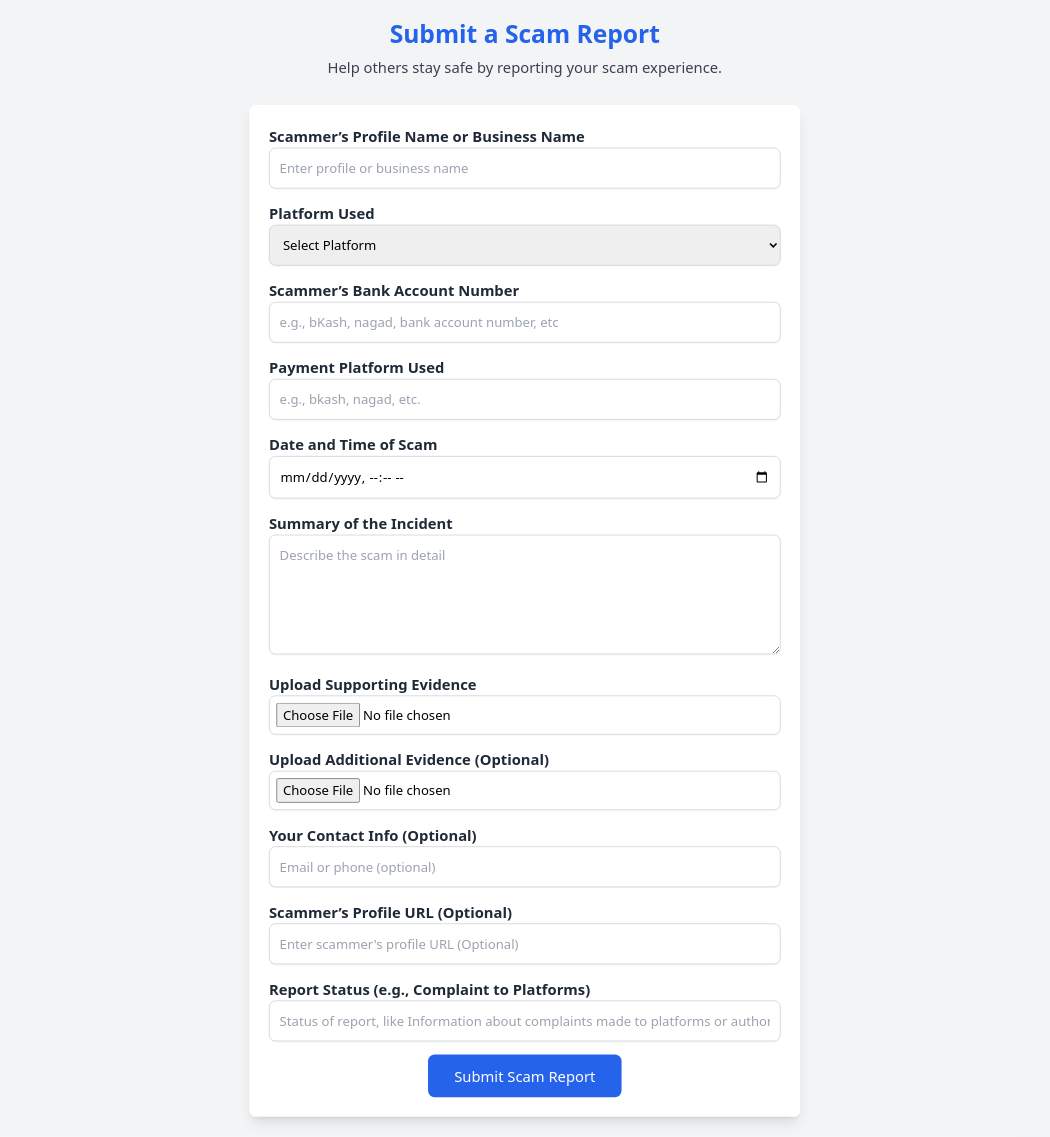
Repository: dev-athar/protarok
Page: /submit-scam
The author's editor kept a copy of each file at every save. The page is drawn from the files as they stood at one save, then again after the next save.
The browser window is 1280 px wide. The pictures show the whole page, at 82% of full size.
The project was rebuilt for these pictures with package versions that can differ from the ones it lists, and the page was loaded fresh each time. Also part of the build but not shown: vite.config.ts, src/pages/HomePage.tsx, src/pages/SearchResultsPage.tsx.

Above is the page before, as saved 2024-12-29 15:17:57.

### src/main.tsx
import { StrictMode } from "react";
import { createRoot } from "react-dom/client";
import "./index.css";
// import "./styles.css";
import App from "./App.tsx";

createRoot(document.getElementById("root")!).render(
  <StrictMode>
    <App />
  </StrictMode>
);

### src/App.tsx
// src/App.js
import { BrowserRouter as Router, Routes, Route } from "react-router-dom";
import HomePage from "./pages/HomePage";
import SearchResultsPage from "./pages/SearchResultsPage";
import SubmitScamPage from "./pages/SubmitScamPage";

function App() {
  return (
    <Router>
      <Routes>
        <Route path="/" element={<HomePage />} />
        <Route path="/search" element={<SearchResultsPage />} />
        <Route path="/submit-scam" element={<SubmitScamPage />} />
      </Routes>
    </Router>
  );
}

export default App;

### src/pages/SubmitScamPage.tsx
// src/pages/SubmitScamPage.js
import { useState } from "react";

const SubmitScamPage = () => {
  const [formData, setFormData] = useState({
    scamProfileName: "",
    platform: "",
    scamContactInfo: "",
    dateOfScam: "",
    description: "",
    proof: null,
    paymentMethod: "",
    additionalEvidence: null,
    victimContactInfo: "",
  });
  const [isSubmitted, setIsSubmitted] = useState(false);

  const handleChange = (e) => {
    const { name, value } = e.target;
    setFormData((prev) => ({
      ...prev,
      [name]: value,
    }));
  };

  const handleFileChange = (e) => {
    const { name, files } = e.target;
    setFormData((prev) => ({
      ...prev,
      [name]: files[0],
    }));
  };

  const handleSubmit = (e) => {
    e.preventDefault();
    // Mock submission logic; replace with your Firebase or backend logic
    console.log("Form Submitted", formData);

    // Reset form and show confirmation message
    setFormData({
      scamProfileName: "",
      platform: "",
      scamContactInfo: "",
      dateOfScam: "",
      description: "",
      proof: null,
      paymentMethod: "",
      additionalEvidence: null,
      victimContactInfo: "",
    });
    setIsSubmitted(true);

    // Hide confirmation message after a timeout
    setTimeout(() => setIsSubmitted(false), 5000);
  };

  return (
    <div className="min-h-screen bg-gray-100 p-6">
      <header className="text-center mb-8">
        <h1 className="text-3xl font-bold text-blue-600">
          Submit a Scam Report
        </h1>
        <p className="text-lg text-gray-700 mt-2">
          Help others stay safe by reporting your scam experience.
        </p>
      </header>

      <div className="max-w-2xl mx-auto bg-white p-6 rounded-lg shadow-lg">
        {isSubmitted && (
          <div className="mb-4 p-4 text-green-700 bg-green-100 rounded-lg">
            Thank you! Your report has been submitted and is pending admin
            approval.
          </div>
        )}

        <form onSubmit={handleSubmit}>
          {/* Scam Profile Name */}
          <div className="mb-4">
            <label
              htmlFor="scamProfileName"
              className="block text-lg font-semibold text-gray-800"
            >
              Scammer’s Profile Name or Business Name
            </label>
            <input
              type="text"
              id="scamProfileName"
              name="scamProfileName"
              value={formData.scamProfileName}
              onChange={handleChange}
              className="w-full p-3 border border-gray-300 rounded-lg shadow-sm focus:outline-none focus:ring-2 focus:ring-blue-500"
              placeholder="Enter profile or business name"
              required
            />
          </div>

          {/* Platform Used */}
          <div className="mb-4">
            <label
              htmlFor="platform"
              className="block text-lg font-semibold text-gray-800"
            >
              Platform Used
            </label>
            <select
              id="platform"
              name="platform"
              value={formData.platform}
              onChange={handleChange}
              className="w-full p-3 border border-gray-300 rounded-lg shadow-sm focus:outline-none focus:ring-2 focus:ring-blue-500"
              required
            >
              <option value="">Select Platform</option>
              <option value="Facebook">Facebook</option>
              <option value="Website">Website</option>
              <option value="Phone">Phone</option>
              <option value="Other">Other</option>
            </select>
          </div>

          {/* Scammer’s Bank Account Number */}
          <div className="mb-4">
            <label
              htmlFor="scamBankAccountNumber"
              className="block text-lg font-semibold text-gray-800"
            >
              Scammer’s Bank Account Number
            </label>
            <input
              type="text"
              id="scamBankAccountNumber"
              name="scamBankAccountNumber"
              value={formData.scamBankAccountNumber}
              onChange={handleChange}
              className="w-full p-3 border border-gray-300 rounded-lg shadow-sm focus:outline-none focus:ring-2 focus:ring-blue-500"
              placeholder="e.g., bKash, nagad, bank account number, etc"
              required
            />
          </div>

          {/* Payment Platform */}
          <div className="mb-4">
            <label
              htmlFor="paymentPlatform"
              className="block text-lg font-semibold text-gray-800"
            >
              Payment Platform Used
            </label>
            <input
              type="text"
              id="paymentPlatform"
              name="paymentPlatform"
              value={formData.paymentPlatform}
              onChange={handleChange}
              className="w-full p-3 border border-gray-300 rounded-lg shadow-sm focus:outline-none focus:ring-2 focus:ring-blue-500"
              placeholder="e.g., bkash, nagad, etc."
            />
          </div>

          {/* Date and Time of Scam */}
          <div className="mb-4">
            <label
              htmlFor="dateOfScam"
              className="block text-lg font-semibold text-gray-800"
            >
              Date and Time of Scam
            </label>
            <input
              type="datetime-local"
              id="dateOfScam"
              name="dateOfScam"
              value={formData.dateOfScam}
              onChange={handleChange}
              className="w-full p-3 border border-gray-300 rounded-lg shadow-sm focus:outline-none focus:ring-2 focus:ring-blue-500"
              required
            />
          </div>

          {/* Description */}
          <div className="mb-4">
            <label
              htmlFor="description"
              className="block text-lg font-semibold text-gray-800"
            >
              Summary of the Incident
            </label>
            <textarea
              id="description"
              name="description"
              value={formData.description}
              onChange={handleChange}
              className="w-full p-3 border border-gray-300 rounded-lg shadow-sm focus:outline-none focus:ring-2 focus:ring-blue-500"
              rows="5"
              placeholder="Describe the scam in detail"
              required
            ></textarea>
          </div>

          {/* Supporting Evidence */}
          <div className="mb-4">
            <label
              htmlFor="proof"
              className="block text-lg font-semibold text-gray-800"
            >
              Upload Supporting Evidence
            </label>
            <input
              type="file"
              id="proof"
              name="proof"
              accept="image/*,.pdf"
              onChange={handleFileChange}
              className="w-full p-2 border border-gray-300 rounded-lg shadow-sm focus:outline-none focus:ring-2 focus:ring-blue-500"
              required
            />
          </div>

          {/* Additional Evidence */}
          <div className="mb-4">
            <label
              htmlFor="additionalEvidence"
              className="block text-lg font-semibold text-gray-800"
            >
              Upload Additional Evidence (Optional)
            </label>
            <input
              type="file"
              id="additionalEvidence"
              name="additionalEvidence"
              accept="image/*,.pdf"
              onChange={handleFileChange}
              className="w-full p-2 border border-gray-300 rounded-lg shadow-sm focus:outline-none focus:ring-2 focus:ring-blue-500"
            />
          </div>

          {/* Victim Contact Info */}
          <div className="mb-4">
            <label
              htmlFor="victimContactInfo"
              className="block text-lg font-semibold text-gray-800"
            >
              Your Contact Info (Optional)
            </label>
            <input
              type="text"
              id="victimContactInfo"
              name="victimContactInfo"
              value={formData.victimContactInfo}
              onChange={handleChange}
              className="w-full p-3 border border-gray-300 rounded-lg shadow-sm focus:outline-none focus:ring-2 focus:ring-blue-500"
              placeholder="Email or phone (optional)"
            />
          </div>

          {/* Scammer Profile URL */}
          <div className="mb-4">
            <label
              htmlFor="scamProfileUrl"
              className="block text-lg font-semibold text-gray-800"
            >
              Scammer’s Profile URL (Optional)
            </label>
            <input
              type="url"
              id="scamProfileUrl"
              name="scamProfileUrl"
              value={formData.scamProfileUrl}
              onChange={handleChange}
              className="w-full p-3 border border-gray-300 rounded-lg shadow-sm focus:outline-none focus:ring-2 focus:ring-blue-500"
              placeholder="Enter scammer's profile URL (Optional)"
            />
          </div>

          {/* Report Status */}
          <div className="mb-4">
            <label
              htmlFor="reportStatus"
              className="block text-lg font-semibold text-gray-800"
            >
              Report Status (e.g., Complaint to Platforms)
            </label>
            <input
              type="text"
              id="reportStatus"
              name="reportStatus"
              value={formData.reportStatus}
              onChange={handleChange}
              className="w-full p-3 border border-gray-300 rounded-lg shadow-sm focus:outline-none focus:ring-2 focus:ring-blue-500"
              placeholder="Status of report, like Information about complaints made to platforms or authorities (Optional)"
            />
          </div>

          {/* Submit Button */}
          <div className="text-center">
            <button
              type="submit"
              className="bg-blue-600 text-white py-3 px-8 rounded-lg text-lg hover:bg-blue-700 transition duration-300"
            >
              Submit Scam Report
            </button>
          </div>
        </form>
      </div>
    </div>
  );
};

export default SubmitScamPage;

### tailwind.config.js
/** @type {import('tailwindcss').Config} */
// export default {
module.exports = {
  content: ["./index.html", "./src/**/*.{js,ts,jsx,tsx}"],
  theme: {
    extend: {},
  },
  plugins: [],
};

Loaded but not shown: index.html (common file); src/index.css (common file)

After the next save:
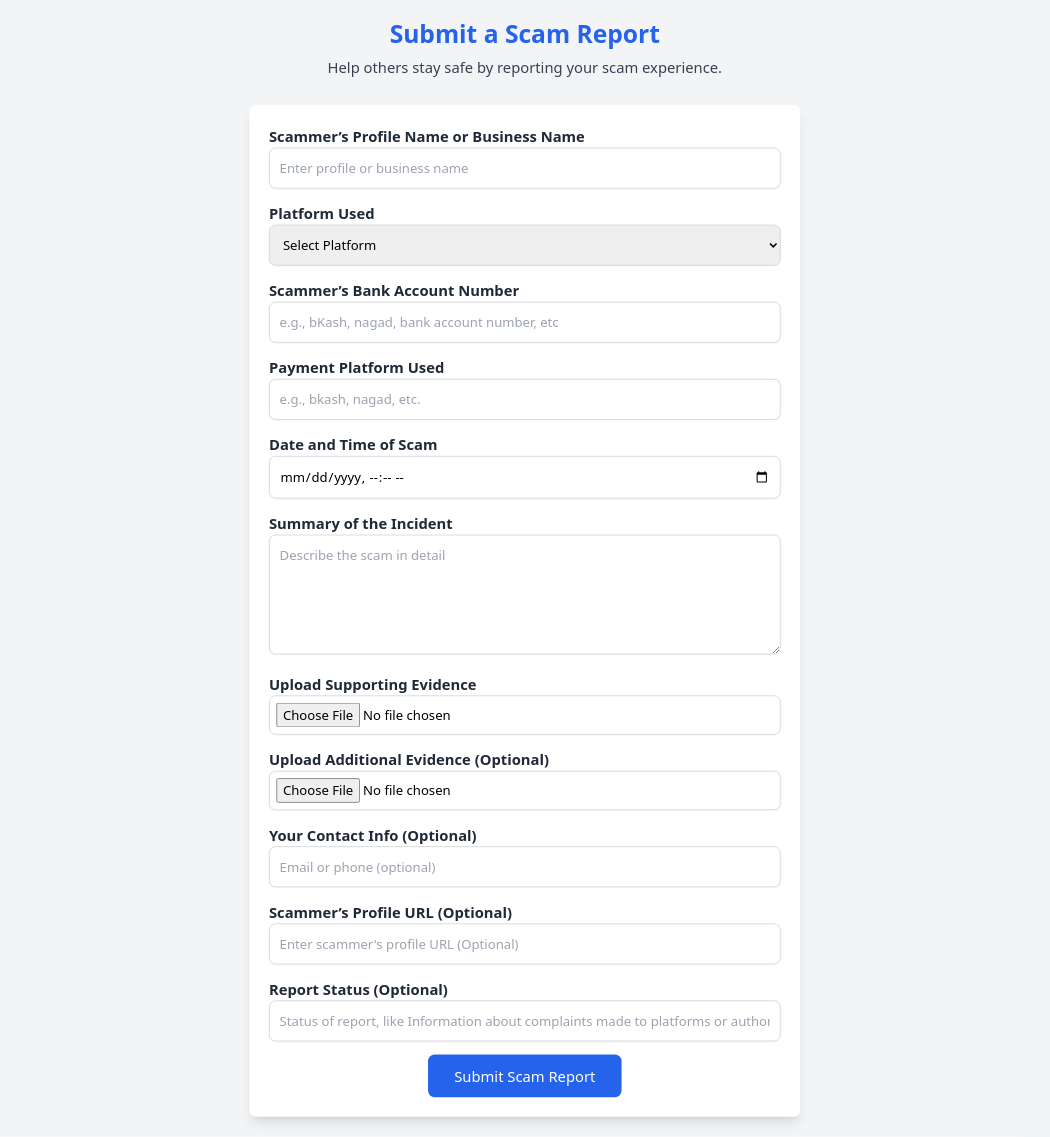
Saved 29 s later.
--- a/src/pages/SubmitScamPage.tsx
+++ b/src/pages/SubmitScamPage.tsx
@@ -277,7 +277,7 @@ const SubmitScamPage = () => {
               htmlFor="reportStatus"
               className="block text-lg font-semibold text-gray-800"
             >
-              Report Status (e.g., Complaint to Platforms)
+              Report Status (Optional)
             </label>
             <input
               type="text"
@@ -286,7 +286,7 @@ const SubmitScamPage = () => {
               value={formData.reportStatus}
               onChange={handleChange}
               className="w-full p-3 border border-gray-300 rounded-lg shadow-sm focus:outline-none focus:ring-2 focus:ring-blue-500"
-              placeholder="Status of report, like Information about complaints made to platforms or authorities (Optional)"
+              placeholder="Status of report, like Information about complaints made to platforms or authorities"
             />
           </div>
 
